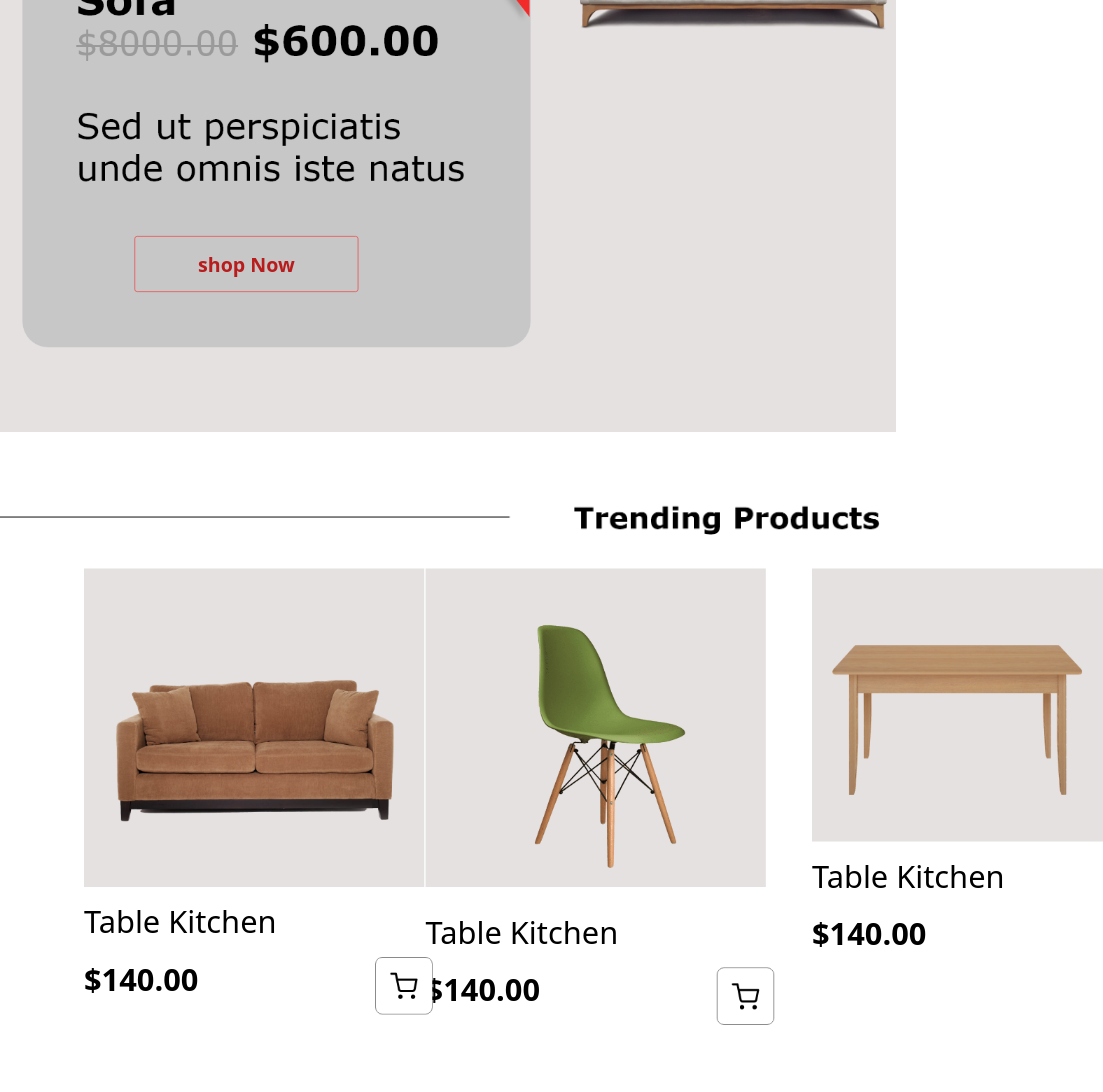
Repository: MEROO1010/creative_home
Page: /
These files come from the project's save history. The page is drawn as it stood at one moment and after the next save; the edit follows.
The browser window is 1280 px wide. The page is 1576 px wide, so the pictures cover 1576 px, including what lies to the right of the window. The pictures show the part of the page from y = 2213 to 3773 px (the page is 3773 px tall), at 70% of full size.
The project was rebuilt for these pictures with package versions that can differ from the ones it lists, and the page was loaded fresh each time. The framework's server and built-in components were replaced by stand-ins that run in the browser. Also part of the build but not shown: next.config.js.

Above is the page before, as saved 2022-12-14 09:59:05.

### pages/_app.tsx
import '../styles/globals.css'
import type { AppProps } from 'next/app'

export default function App({ Component, pageProps }: AppProps) {
  return <Component {...pageProps} />


}

### pages/index.tsx
import styles from '../styles/Home.module.css'
import Firstsection from '../components/Firstsection'
import Chair_Sofa from '../components/Chair_Sofa'
import SpecialOffer from '../components/SpecialOffer'
import TrendingProducts from '../components/TrendingProducts'



export default function Home() {
  return (
    <div className='overflow-y-auto'>

    <div>
      <Firstsection/>

      <Chair_Sofa/>

      <SpecialOffer/>
      <TrendingProducts/>





    </div>



    </div>

  )
}

### styles/globals.css
@tailwind base;
@tailwind components;
@tailwind utilities;

@font-face {
    font-family: "verdana";
    src: url('../assets/fonts/verdana.ttf');
    font-weight: normal;
    font-style: normal;
  }

  @font-face {
    font-family: "schuyler";
    src: url('../assets/fonts/Schuyler.ttf');
    font-weight: normal;
    font-style: normal;
  }

### components/Firstsection.tsx
import React from 'react'
import Image from 'next/image'
import first_img from '../assets/images/first_img.png'


const firstsection = () => {
  return (
    <div>
      <Image src={first_img} alt={''}/>
    </div>
  )
}

export default firstsection

### components/Chair_Sofa.tsx
import React from 'react'
import Image from 'next/image'

import Title1 from '../assets/images/title1.png'
import righBtn from '../assets/images/btn-r.png'
import leftBtn from '../assets/images/btn-l.png'




const Chair_Sofa = () => {
  return (
    <div className='my-10  pb-32  static '>
     <div className='my-20 py-4'>
     <Image src={Title1} alt={''}/>
     </div>

     <div className=" absolute   	 right-10	     ">
      <Image src={righBtn} alt={''}/>
      <div className="absolute bottom-60   left-40 mx-10 my-28 bg-transparent hover:bg-gray-500 text-white  text-[32px] font-semibold hover:text-white py-2 px-4 border border-white hover:border-transparent rounded w-394 h-82   "><button>View All Products</button></div>
     </div>

     <div className=" absolute left-10  ">
      <Image src={leftBtn} alt={''}/>
      <div className="absolute bottom-60   left-20 mx-16 my-28 bg-transparent hover:bg-gray-500 text-white  text-[32px] font-semibold hover:text-white py-2 px-4 border border-white hover:border-transparent rounded w-394 h-82   "><button>View All Products</button></div>
     </div>

      <div>

      </div>

   </div>
  )
}

export default Chair_Sofa

### components/SpecialOffer.tsx
import React from 'react'
import Image from 'next/image'
import specialOffer from '../assets/images/specialOffer.png'
import sofa2 from '../assets/images/sofa2.png'
import image2 from '../assets/images/img2.png'




const SpecialOffer = () => {
  return (
    <div className='bottom-100'>
      <div className="relative bg-[#E6E1E1]  py-10    my-80  top-80    ">
        <div className=' py-4 my-4 top-20'>
          <Image src={specialOffer} alt=''/>

         </div>

         <div className='  absolute	left-80 ml-80 mt-20 pl-44  '>
          <Image src={sofa2} alt=''/>

         </div>

         <div className='static mt-40 pl-8	'>
          <Image src={image2} alt=''/>
          <button className=' relative bg-transparent hover:bg-red-500 text-[28px] text-red-700 font-semibold hover:text-white py-4 px-8 border border-red-500 hover:border-transparent rounded mx-40 my-50 bottom-40 w-80 h-20'>shop Now</button>
         </div>
    </div>
    </div>
  )
}

export default SpecialOffer

### components/TrendingProducts.tsx
import React from 'react'
import Image from 'next/image'
import Trending_Products from '../assets/images/trending-products.png'
import Shopping from  '../assets/images/shopping-btn.png'
import Tablekitchen from '../assets/images/Table_Kitchen.png'
import chair1 from '../assets/images/Chair No-arms.png'
import brownSofa from '../assets/images/Brown_Chouch.png'



const TrendingProducts = () => {
  return (
    <div>
     <div className='pt-24'>
        <Image src={Trending_Products} alt=''/>
     </div>

     <div >
      {/*table kitchen */}
     <div className=' absolute ml-80 mt-12 pl-80  left-80'>
       <div className='ml-36 pl-14'>
       <Image src={Tablekitchen} alt=''/>
       <h1 className='text-[44px]  mt-4  font-verdana'>Table Kitchen</h1>
       <h1 className='text-[44px]  mt-4  font-verdana font-bold'>$140.00</h1>
       <button className=' relative ml-80 my-4  pl-24 bottom-20 '><Image src={Shopping} alt=''/> </button>
       </div>
     </div>
       {/*chair noe arms */}
     <div className=' absolute ml-28 mt-12 pl-10  left-20'>
       <div className='ml-80 pl-14'>
       <Image src={chair1} alt=''/>
       <h1 className='text-[44px]  mt-4  font-verdana'>Table Kitchen</h1>
       <h1 className='text-[44px]  mt-4  font-verdana font-bold'>$140.00</h1>
       <button className=' relative ml-80 my-4  pl-24 bottom-20 '><Image src={Shopping} alt=''/> </button>
       </div>
     </div>

      {/*brown chouch */}
      <div className='absolute ml-10 mt-12 pl-10  left-70'>
       <div className='ml-10   '>
       <Image src={brownSofa} alt=''/>
       <h1 className='text-[44px]  mt-4  font-verdana'>Table Kitchen</h1>
       <h1 className='text-[44px]  mt-4  font-verdana font-bold'>$140.00</h1>
       <button className=' relative ml-80 my-4  pl-24 bottom-20 '><Image src={Shopping} alt=''/> </button>
       </div>
     </div>


     </div>
    </div>
  )
}

export default TrendingProducts

### tailwind.config.js
/** @type {import('tailwindcss').Config} */
module.exports = {
  content: [
    "./pages/**/*.{js,ts,jsx,tsx}",
    "./components/**/*.{js,ts,jsx,tsx}",
  ],
  theme: {

    extend: {
      fontFamily:{
        "verdana":['../assets/fonts/verdana.ttf'],
        "schuyler":['../assets/fonts/Schuyler.ttf']
      }
    },
  },
  plugins: [],
}

After the next save:
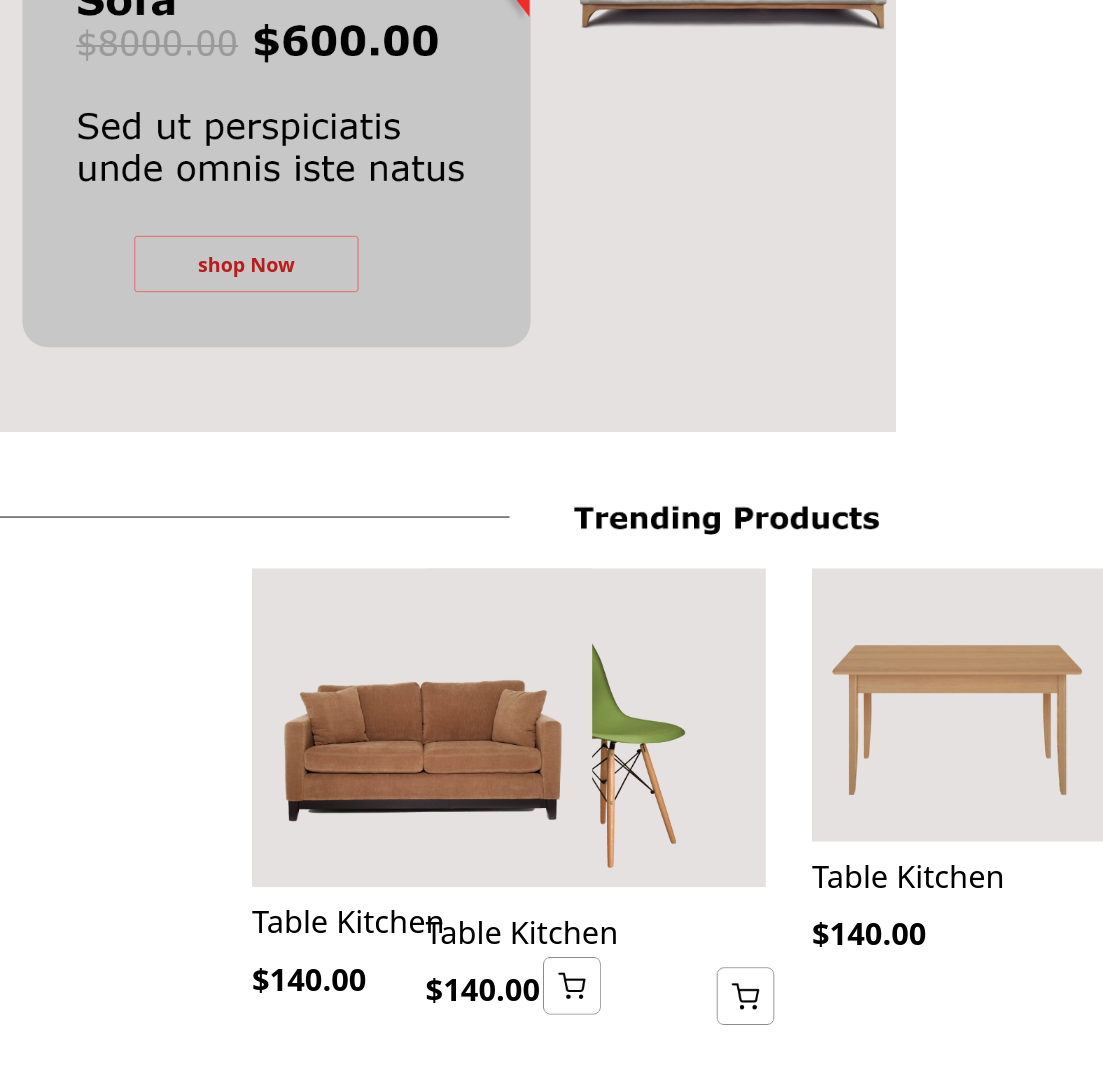
Saved 5 s later.
--- a/components/TrendingProducts.tsx
+++ b/components/TrendingProducts.tsx
@@ -36,7 +36,7 @@
      </div>
 
       {/*brown chouch */}
-      <div className='absolute ml-10 mt-12 pl-10  left-70'>
+      <div className='absolute ml-10 mt-12 pl-10  left-60'>
        <div className='ml-10   '>
        <Image src={brownSofa} alt=''/>
        <h1 className='text-[44px]  mt-4  font-verdana'>Table Kitchen</h1>

After the 5 saves that followed:
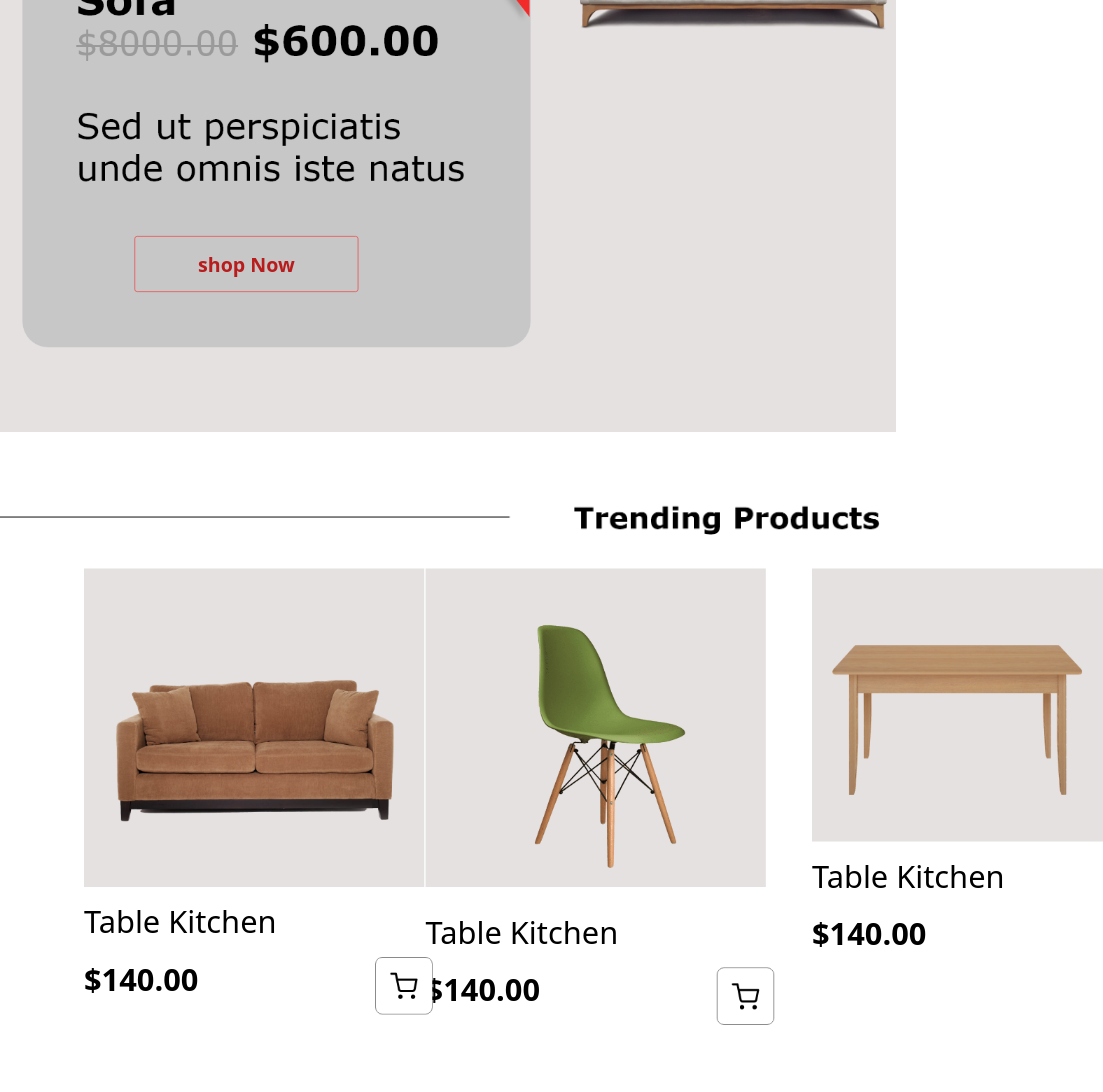
The 5 saves are shown as one change because 2 left the picture as it was and some came seconds apart.
The last was saved 63 s later.
--- a/components/TrendingProducts.tsx
+++ b/components/TrendingProducts.tsx
@@ -36,8 +36,8 @@
      </div>
 
       {/*brown chouch */}
-      <div className='absolute ml-10 mt-12 pl-10  left-60'>
-       <div className='ml-10   '>
+      <div className='absolute ml-10 mt-12 pl-10  left-70'>
+       <div className='ml-10  pl-70 '>
        <Image src={brownSofa} alt=''/>
        <h1 className='text-[44px]  mt-4  font-verdana'>Table Kitchen</h1>
        <h1 className='text-[44px]  mt-4  font-verdana font-bold'>$140.00</h1>
